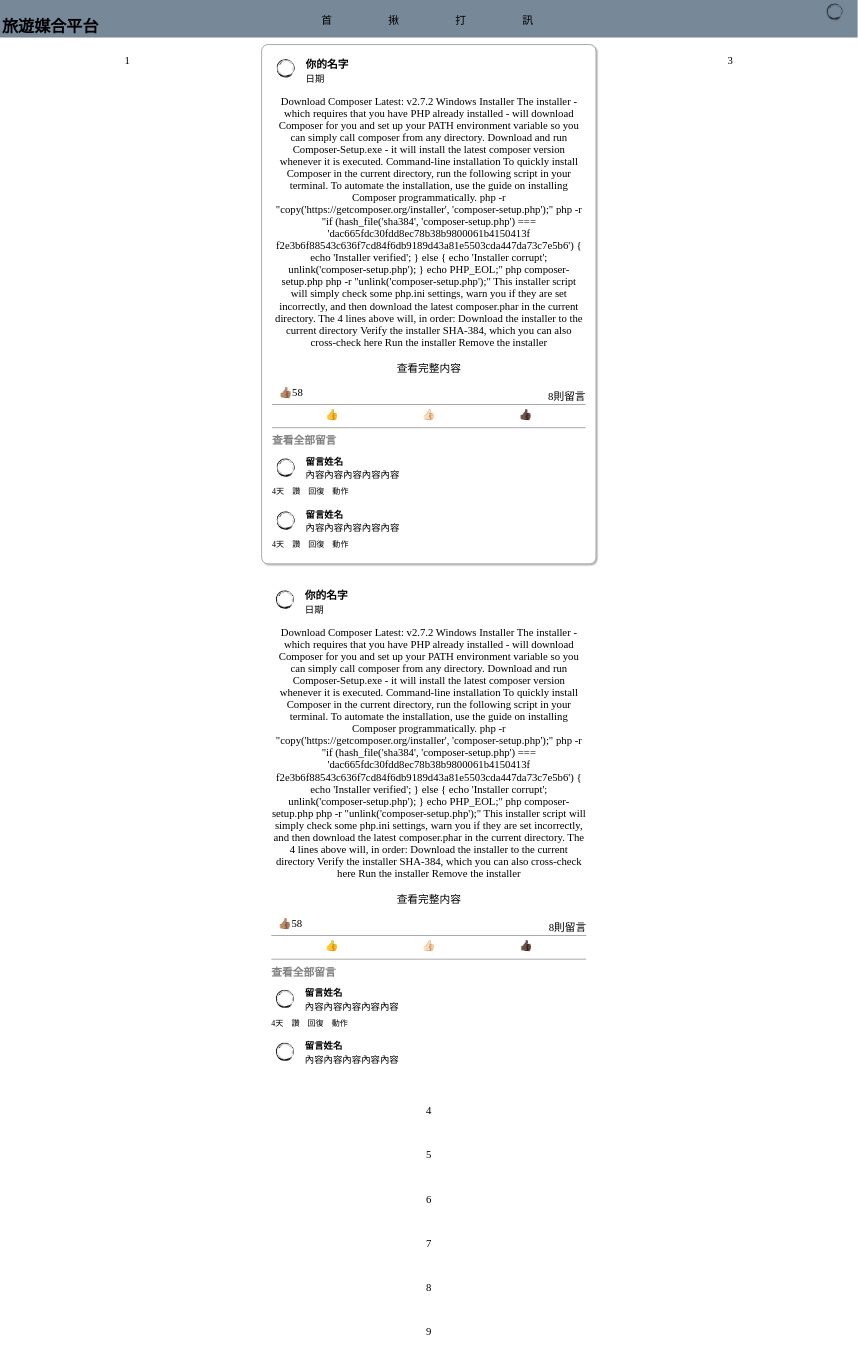
Repository: yuchiyang123/index_view
Page: http://localhost/
These files come from the project's save history. The page is drawn as it stood at one moment and after the next save; the edit follows.
The browser window is 1280 px wide. The pictures show the whole page, at 67% of full size.
The page is run by PHP 8.4 with error messages shown; the project is at /var/www/html/.

Above is the page before, as saved 2024-03-27 18:07:00.

After the next save:
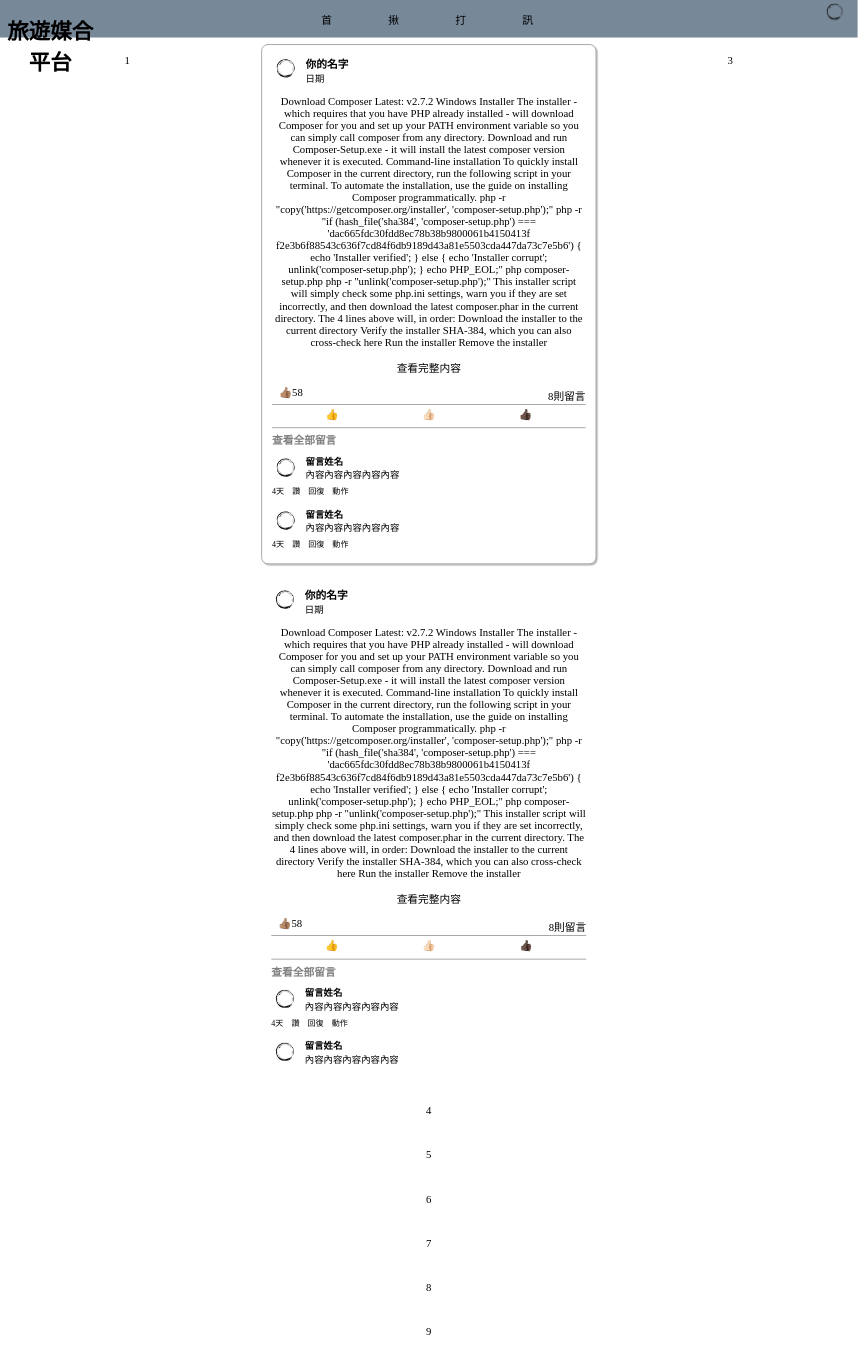
Saved 11 s later.
--- a/header.php
+++ b/header.php
@@ -37,7 +37,7 @@
     <div >
         <div class="headerdiv">
             <div >
-                <h2>旅遊媒合平台</h2>
+                <h1>旅遊媒合平台</h1>
             </div>
             <div></div>
             <div class="headeractionmargin">

After the save that followed:
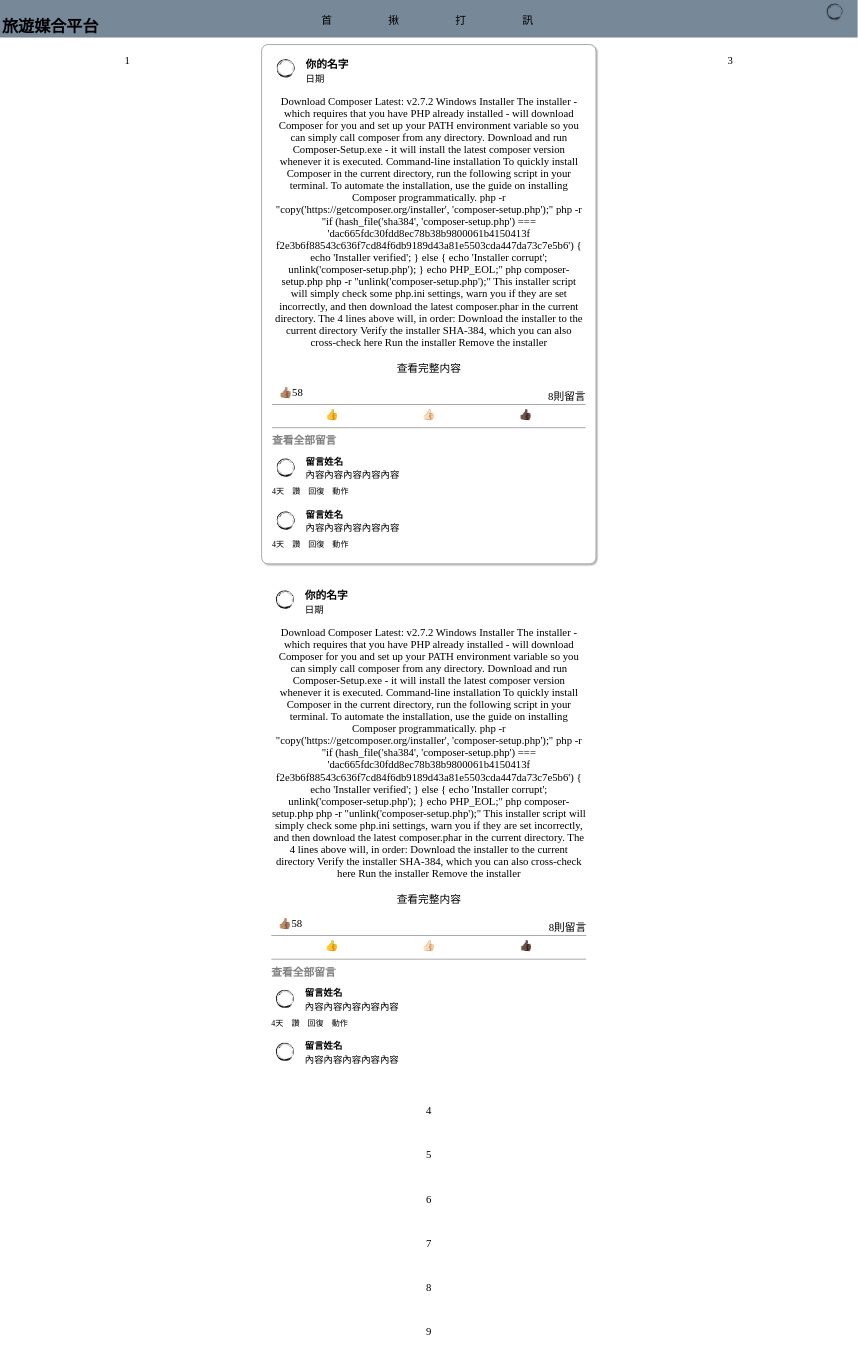
Saved 10 s later.
--- a/header.php
+++ b/header.php
@@ -37,7 +37,7 @@
     <div >
         <div class="headerdiv">
             <div >
-                <h1>旅遊媒合平台</h1>
+                <h2>旅遊媒合平台</h2>
             </div>
             <div></div>
             <div class="headeractionmargin">
